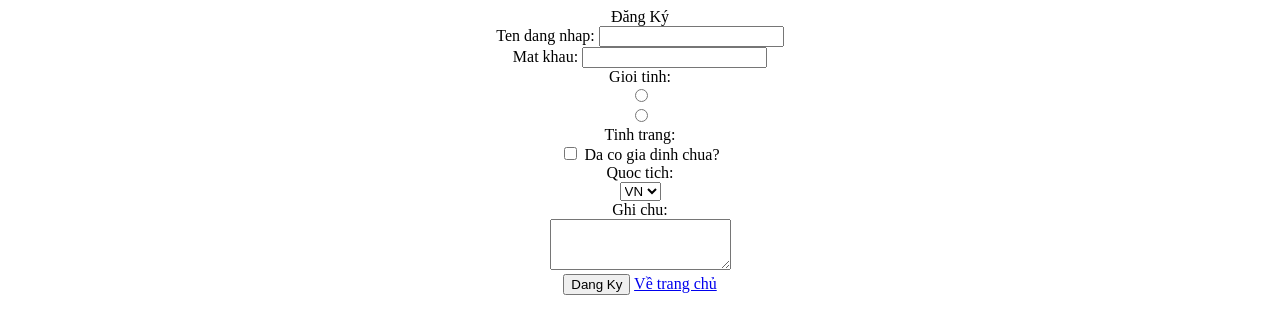
Repository: saiyagodvp/_java4
Page: http://localhost/Lab2/views/result_Bai2.jsp
The author's editor kept a copy of each file at every save. The page is drawn from the files as they stood at one save, then again after the next save.
The browser window is 1280 px wide. The pictures show the whole page.
The page is served by Tomcat 9. Other server files are loaded and not shown.

Above is the page before, as saved 2023-03-22 08:22:52.

### Lab2/src/main/webapp/views/result_Bai2.jsp
<%@ page language="java" contentType="text/html; charset=UTF-8"
	pageEncoding="UTF-8"%>
<!DOCTYPE html>
<html>
<head>
<meta charset="UTF-8">
<title>Insert title here</title>
</head>
<body align="center">
	<header> Đăng Ký </header>
	<form action="/bai2" method="post">
		<div>
			<label for="username">Ten dang nhap: </label> <input id="username"
				type="text" name="username" />
		</div>
		<div>
			<label for="password">Mat khau: </label> <input id="password"
				type="text" name="password" />
		</div>
		<div>
			<label for="male">Gioi tinh: </label>
			<div>
				<input type="radio" id="male" id="male" name="gioiTinh" value="Nam" />
				<label for="male"></label>
			</div>
			<div>
				<input type="radio" id="female" id="female" name="gioiTinh"
					value="Nu" /> <label for="female"></label>
			</div>
		</div>
		<div>
			<label for="married">Tinh trang: </label>
			<div>
				<input type="checkbox" id="male" name="married"
					value="Da lap gia dinh" /> <label for="married">Da co gia
					dinh chua?</label>
			</div>
		</div>
		<div>
			<label for="country">Quoc tich: </label>
			<div>
				<select name="country" id="country">
					<option value="VN">VN</option>
					<option value="JP">JP</option>
					<option value="TH">KR</option>
					<option value="TH">TH</option>
				</select>
			</div>
		</div>
		<div>
			<label for="ghiChu">Ghi chu: </label>
			<div>
				<textarea rows="3"  name="ghiChu" id="ghiChu"></textarea>
			</div>
		</div>
		<button formaction="/Lab2/bai2">Dang Ky</button>
		<a href="/Lab2">Về trang chủ</a>
	</form>
</body>
</html>

After the next save:
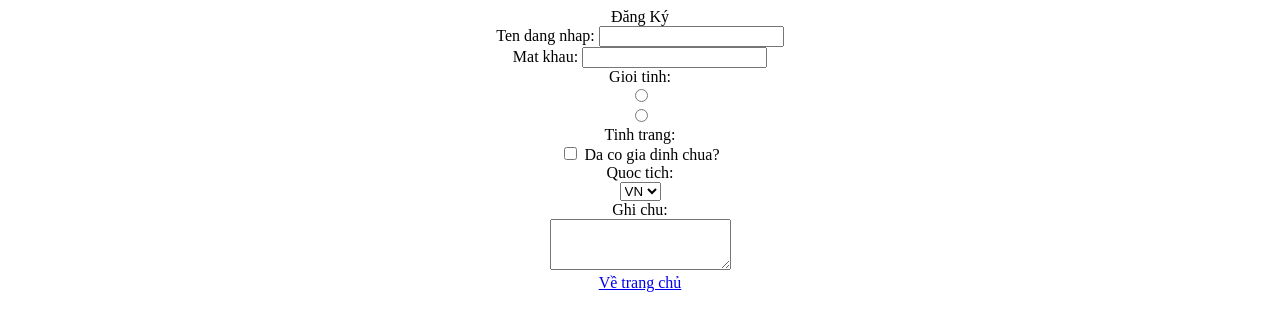
Saved 10 s later.
--- a/Lab2/src/main/webapp/views/result_Bai2.jsp
+++ b/Lab2/src/main/webapp/views/result_Bai2.jsp
@@ -53,7 +53,6 @@
 				<textarea rows="3"  name="ghiChu" id="ghiChu"></textarea>
 			</div>
 		</div>
-		<button formaction="/Lab2/bai2">Dang Ky</button>
 		<a href="/Lab2">Về trang chủ</a>
 	</form>
 </body>
